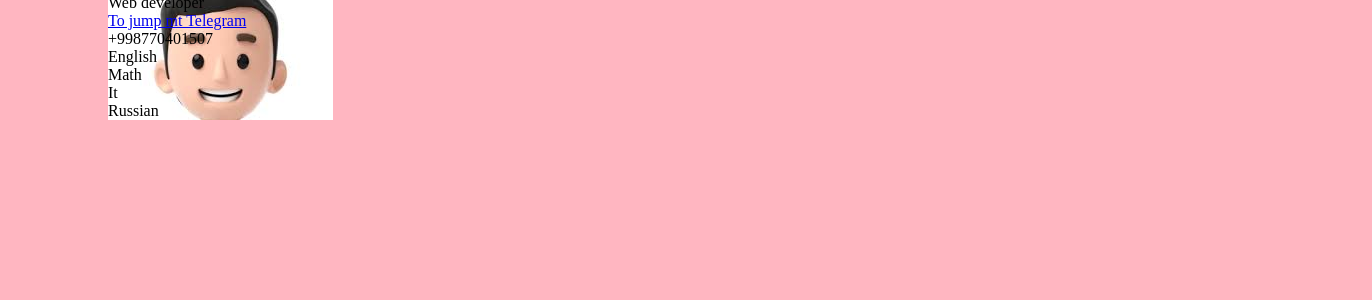
Repository: KHANas02/live-stream
Page: contact.html
The author's editor kept a copy of each file at every save. The page is drawn from the files as they stood at one save, then again after the next save.
The browser window is 1280 px wide. The page is 1372 px wide, so the pictures cover 1372 px, including what lies to the right of the window. The pictures show the whole page.

Above is the page before, as saved 2024-03-25 07:37:51.

After the next save:
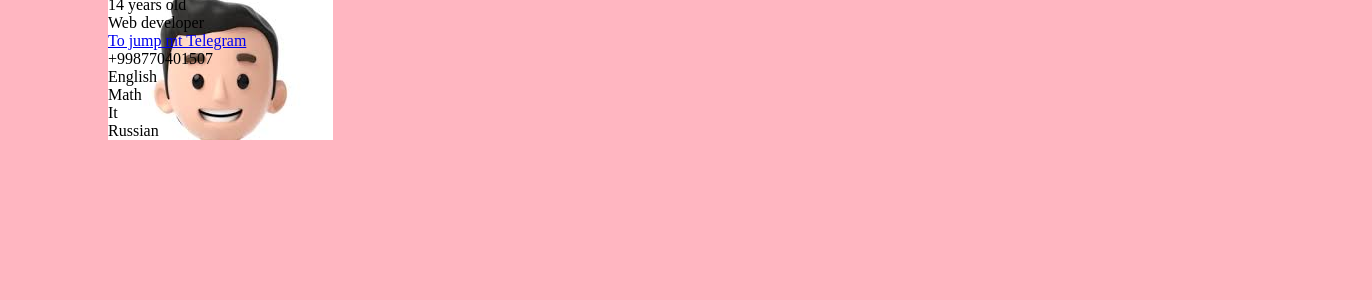
Saved 6 s later.
--- a/contact.html
+++ b/contact.html
@@ -21,7 +21,7 @@
        height: 50px; */
        position: relative;
         left: 100px;
-        bottom: 50px;
+        bottom: 30px;
         background-repeat: no-repeat;
     }
 
